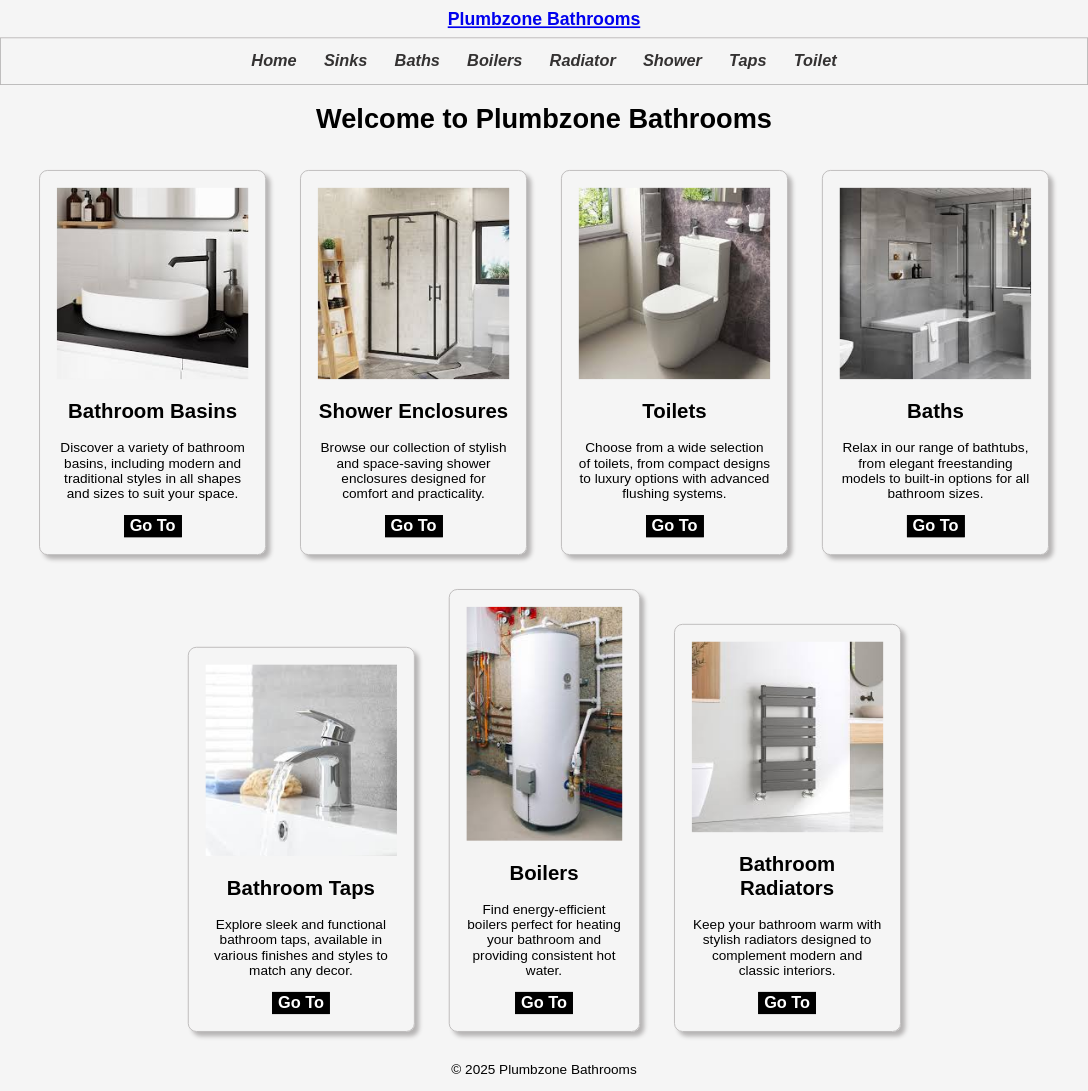
Repository: ziarahman112/react-practice
Page: /Home (app in Website/)
An editor plug-in stored every save of this project. The page is shown before and after the next save, followed by the edit.
The browser window is 1280 px wide. The pictures show the whole page, at 85% of full size.
The project was rebuilt for these pictures with package versions that can differ from the ones it lists, and the page was loaded fresh each time. Also part of the build but not shown: Website/vite.config.js, Website/src/Shower/Shower.jsx, Website/src/Bath/Bath.jsx, Website/src/Toilet/Toilet.jsx, Website/src/Radiator/Radiator.jsx, Website/src/Boiler/Boiler.jsx, Website/src/Taps/Tap.jsx, Website/src/sink/sinks.jsx.

Above is the page before, as saved 2025-07-07 00:47:36.

### Website/index.html
<!doctype html>
<html lang="en">
  <head>
    <meta charset="UTF-8" />
    <link rel="icon" type="image/svg+xml" href="/vite.svg" />
    <meta name="viewport" content="width=device-width, initial-scale=1.0" />
    <title>PlumbZone Bathrooms</title>
  </head>
  <body>
    <div id="root"></div>
    <script type="module" src="/src/main.jsx"></script>
  </body>
</html>

### Website/src/index.css
#title{
font-size: 1.3em;
font-weight: bold;
text-align: left;
margin: auto;
border: 10px solid hsla(0, 100%, 100%, 0);
max-width: fit-content;
align-content:start ;

}

#nav{
  display: flex;
  justify-content: center; /* centers the nav list horizontally */
  background-color: #f5f5f5; /* optional: background for nav bar */
  padding: 1rem 0; /* optional: spacing inside the navbar */
  border: 1px solid hsl(0, 1%, 71%);
}

.header-c{

  border: 2px solid hsl(0, 0%, 0%);
  border-radius: 10px;
  color: hsl(0, 1%, 20%);
  background-color: hsl(0, 1%, 98%);
  padding: 10px;
  font-family: Arial, sans-serif;
  font-weight: bold;


  cursor: pointer;

}

#nav-list {
  list-style: none;
  font-size: 1.2em;
  font-weight: bold;
  text-align: center;
  align-items: center;
  display: flex;
  gap: 2rem;
  padding: 0;
  margin: 0;
  color: hsl(0, 1%, 20%);
  font-style: italic;
  font-family: Arial, sans-serif;
}

#nav-list li a {
  text-decoration: none;
  color: hsl(0, 1%, 20%);
  transition: color 0.3s ease;
}

#nav-list li a:hover {
  color: hsl(0, 1%, 40%);
}

### Website/src/App.jsx
import { BrowserRouter as Router, Routes, Route } from 'react-router-dom';
import Header from './components/Header';
import Footer from './components/Footer';
import Shower from './Shower/Shower';
import Bath from './Bath/Bath';
import Toilet from './Toilet/Toilet';
import Radiator from './Radiator/Radiator';
import Boiler from './Boiler/Boiler';
import Tap from './Taps/Tap';

import Home from './Home/Home';
import Sinks from './sink/sinks';


function App() {
return (
<Router>
<Header/>
<Routes>
        <Route path="/Home" element={<Home />} />
        <Route path="/sinks" element={<Sinks />} />
        <Route path="/Shower" element={<Shower />} />
        <Route path="/Bath" element={<Bath />} />
        <Route path="/toilet" element={<Toilet />} />
        <Route path="/radiator" element={<Radiator />} />
        <Route path="/boiler" element={<Boiler />} />
        <Route path="/taps" element={<Tap />} />

      </Routes>
      <Footer/>

</Router>
)
}

export default App

### Website/src/components/Header.jsx

function Header () {
return (
    <div >
    <header id = "header">
    <h1 id = "title" > <a href="/Home"> Plumbzone Bathrooms</a> </h1>
    <nav id = "nav">
        <ul id = "nav-list">
            <li id = "home"> <a href = "/Home"> Home</a></li>
            <li id = "sinks"> <a href="/sinks">Sinks </a></li>
            <li><a href="/bath"> Baths</a></li>
            <li> <a href="/Boiler"> Boilers </a></li>
            <li> <a href="/Radiator"> Radiator </a></li>
            <li> <a href="/Shower"> Shower</a></li>
            <li> <a href="/taps"> Taps</a></li>
            <li> <a href="/Toilet"> Toilet</a></li>

        </ul>
    </nav>

    </header>
    </div>
)
}

export default Header;

### Website/src/components/Footer.jsx


function Footer() {
return(
    <footer>
        <p>&copy; {new Date().getFullYear()} Plumbzone Bathrooms </p>
    </footer>
);
}
export default Footer;

### Website/src/Home/Home.jsx
import sink from '../assets/sink.jpeg';
import basin from '../assets/bathroom basin.jpeg';
import toilet from '../assets/toilet.jpeg';
import baths from '../assets/bath.jpeg';
import radiator from '../assets/radiator.jpeg';
// import shower from '../assets/shower.jpeg';
import boiler from '../assets/boiler.jpeg';
import taps from '../assets/tap.jpeg';
import showerEnclosure from '../assets/Shower enclosure.jpeg';
import Header from '../components/Header';
import sinks from '../sink/sinks';
import { useNavigate } from 'react-router-dom';
import styles from './Home.module.css';
import Bath from '../Bath/Bath';




function Home(){
const navigate = useNavigate();

let b;

let Tap = function() {
    navigate('/taps');
}

let Boiler = function() {
    navigate('/boiler');
}

let bath = function() {
    navigate('/Bath');
}

let sinks = function() {
    navigate('/sinks');

}
let shower = function() {
    navigate('/Shower');
}

let Toilet = function() {
    navigate('/toilet');
}

let Radiator = function() {
    navigate('/radiator');
}

    return (
        <header>
            <h1 className={styles.head}>Welcome to Plumbzone Bathrooms</h1>


            <div>
    <div className={styles.card}>
        <img className="card-image" src={basin} alt="Bathroom Basin" />
        <h2 className="card-title">Bathroom Basins</h2>
        <p className='card-p'>
            Discover a variety of bathroom basins, including modern and traditional styles in all shapes and sizes to suit your space.
        </p>
        <button className={styles.Button} onClick={sinks}>Go To</button>
    </div>

    <div className={styles.card}>
        <img className='card-image' src={showerEnclosure} alt="Shower Enclosure" />
        <h2 className='card-title'>Shower Enclosures</h2>
        <p className='card-p'>
            Browse our collection of stylish and space-saving shower enclosures designed for comfort and practicality.
        </p>
        <button className={styles.Button} onClick={shower}>Go To</button>
    </div>

    <div className={styles.card}>
        <img className='card-image' src={toilet} alt="Toilets" />
        <h2 className='card-title'>Toilets</h2>
        <p className='card-p'>
            Choose from a wide selection of toilets, from compact designs to luxury options with advanced flushing systems.
        </p>
        <button className={styles.Button} onClick={Toilet}>Go To</button>
    </div>

    <div className={styles.card}>
        <img className='card-image' src={baths} alt="BathTubs" />
        <h2 className='card-title'>Baths</h2>
        <p className='card-p'>
            Relax in our range of bathtubs, from elegant freestanding models to built-in options for all bathroom sizes.
        </p>
        <button className={styles.Button} onClick={bath}>Go To</button>
    </div>

    <div className={styles.card}>
        <img className='card-image' src={taps} alt="Bathroom Taps" />
        <h2 className='card-title'>Bathroom Taps</h2>
        <p className='card-p'>
            Explore sleek and functional bathroom taps, available in various finishes and styles to match any decor.
        </p>
        <button className={styles.Button} onClick={Tap}>Go To</button>
    </div>

    <div className={styles.card}>
        <img className='card-image' src={boiler} alt="Boilers" />
        <h2 className='card-title'>Boilers</h2>
        <p className='card-p'>
            Find energy-efficient boilers perfect for heating your bathroom and providing consistent hot water.
        </p>
        <button className={styles.Button} onClick={Boiler}>Go To</button>
    </div>

    <div className={styles.card}>
        <img className='card-image' src={radiator} alt="Bathroom Radiators" />
        <h2 className='card-title'>Bathroom Radiators</h2>
        <p className='card-p'>
            Keep your bathroom warm with stylish radiators designed to complement modern and classic interiors.
        </p>
        <button className={styles.Button} onClick={Radiator}>Go To</button>
    </div>
</div>

        </header>

    );
}
export default Home;

### Website/src/Home/Home.module.css


  body{
    align-content: center;
    text-align: center;
    background-color: hsl(0, 1%, 96%);
    margin: 0;
    font-family: Arial, Helvetica, sans-serif;
  }

.card{
    border: 1px solid hsl(0, 1%, 71%);
    border-radius: 10px;
    box-shadow: 5px 5px 5px hsl(0, 1%, 71%);
    padding: 20px;
    margin: 20px;
    text-align: center;
    max-width: min-content;
    max-height: min-content;
    display: inline-block;
  }
  .card .card-image{
    max-width: min-content;
    height: auto;
    margin-bottom: 10px;
    max-height: min-content;
  }
  .card .card-title{
    font-family: cursive;
    font-weight: bold;
    margin: 0px;

  }
  .card .card-p{
    font-family: Arial, sans-serif;
    font-size: 0.9em;
    color: black;
  }

  .card .Button{
    background-color: hsl(0, 0%, 0%);
    color: white;
    border: 1px solid hsl(0, 0%, 0%);
    font-size: 1.2em;
    font-weight: bold;
    cursor: pointer;
  }
  .card .Button:hover{
    background-color: hsl(0, 1%, 60%);

  }
  #head{
    text-align: center;
    font-family: Arial, Helvetica, sans-serif;
    font-size: 1.5em;
  }

Loaded but not shown: Website/src/main.jsx (common file)

After the next save:
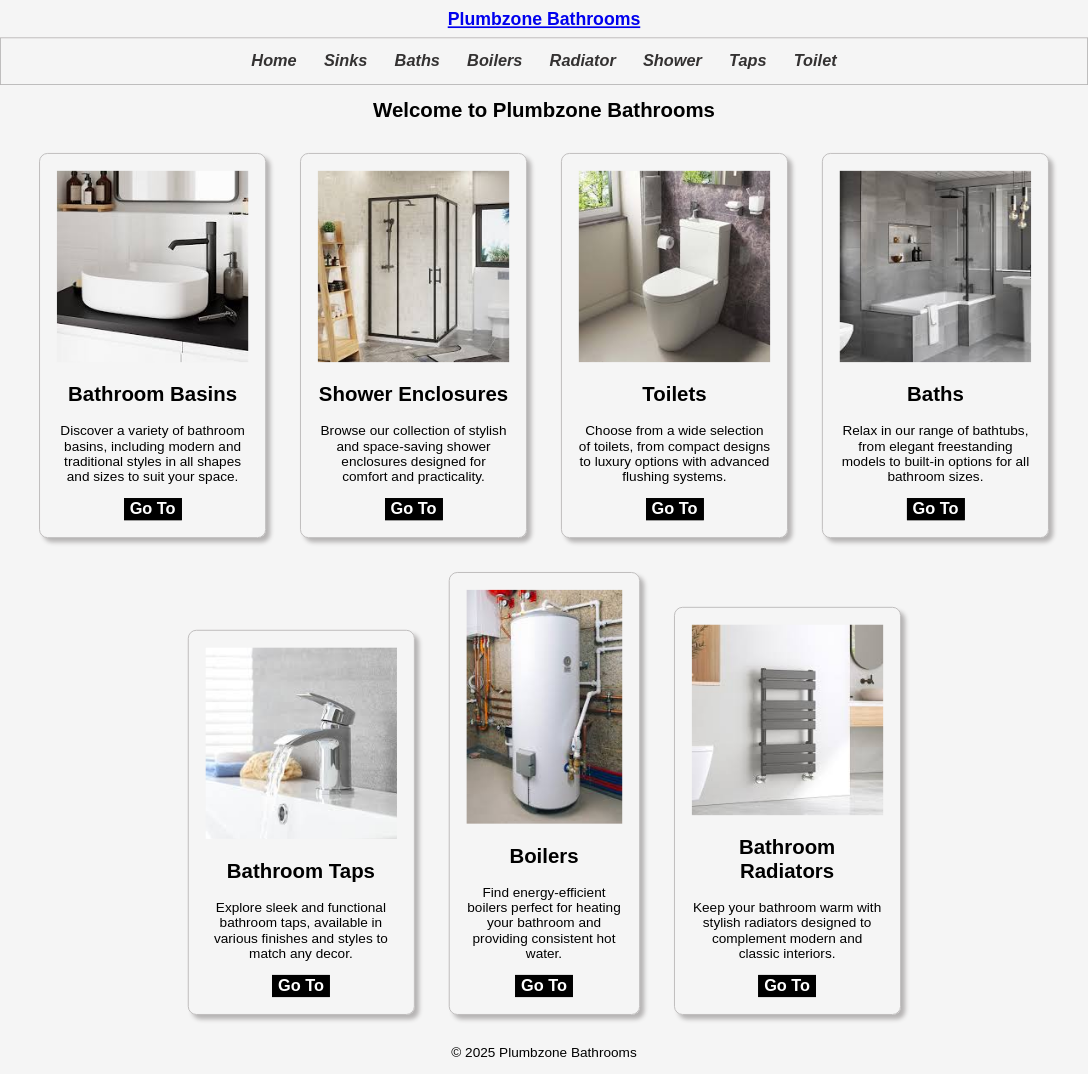
Saved 31 s later.
--- a/Website/src/Home/Home.module.css
+++ b/Website/src/Home/Home.module.css
@@ -49,7 +49,7 @@
     background-color: hsl(0, 1%, 60%);
 
   }
-  #head{
+  .head{
     text-align: center;
     font-family: Arial, Helvetica, sans-serif;
     font-size: 1.5em;
